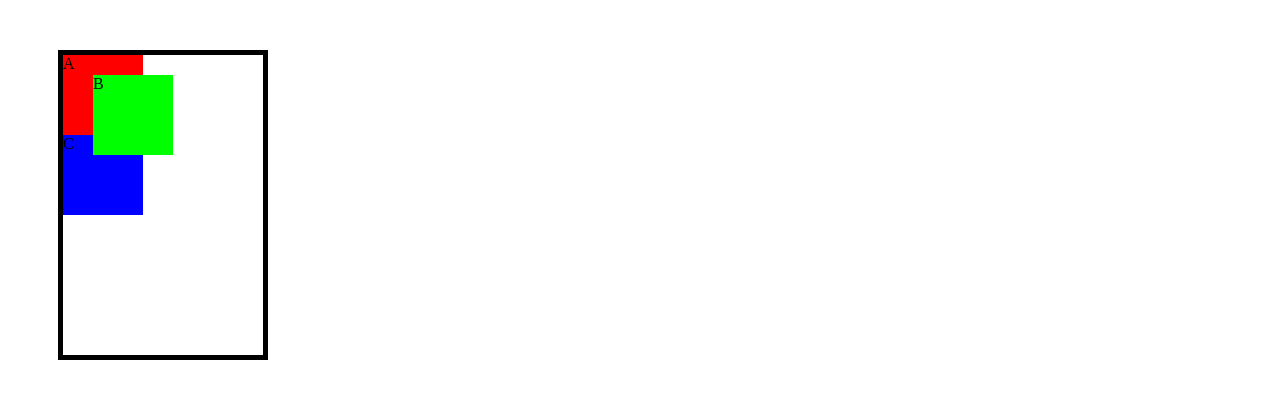
Repository: dudadab/Hhyundaiezwel_Academy
Page: CSS01/src/main/webapp/11_position.html
These files come from the project's save history. The page is drawn as it stood at one moment and after the next save; the edit follows.
The browser window is 1280 px wide. The pictures show the whole page.

Above is the page before, as saved 2025-07-02 01:20:20.

### CSS01/src/main/webapp/11_position.html
<!DOCTYPE html>
<html>
<head>
<meta charset="UTF-8">
<title>Position 속성</title>
    <style type="text/css">
    	#parent {
    		/*position:static; /*static이 기본값이고 상위 태그의 position 속성이 static이면 해당 태그가 기준이 되지 않음*/
    		position:relative;
    		width:200px;
    		height:300px;
    		border:solid 5px #000;
    		margin:50px 0 0 50px;
    	}
		#boxA, #boxB, #boxC {
			width:80px;
			height:80px;
		}
		#boxA {background-color:#ff0000;}
		#boxB {background-color:#00ff00;}
		#boxC {background-color:#0000ff;}

		#boxB{
			/*position:relative; /*static에 해당되는 위치를 기준으로 여백 결정*/
			position:absolute; /*상위 태그의 position 속성값이 static인 경우 : 브라우저 화면 기준*/
			top:20px;
			left:30px;
		}
	</style>
</head>

<body>
	<div id="parent">
        <div id="boxA">A</div>
        <div id="boxB">B</div>
        <div id="boxC">C</div>
	</div>
</body>
</html>

After the next save:
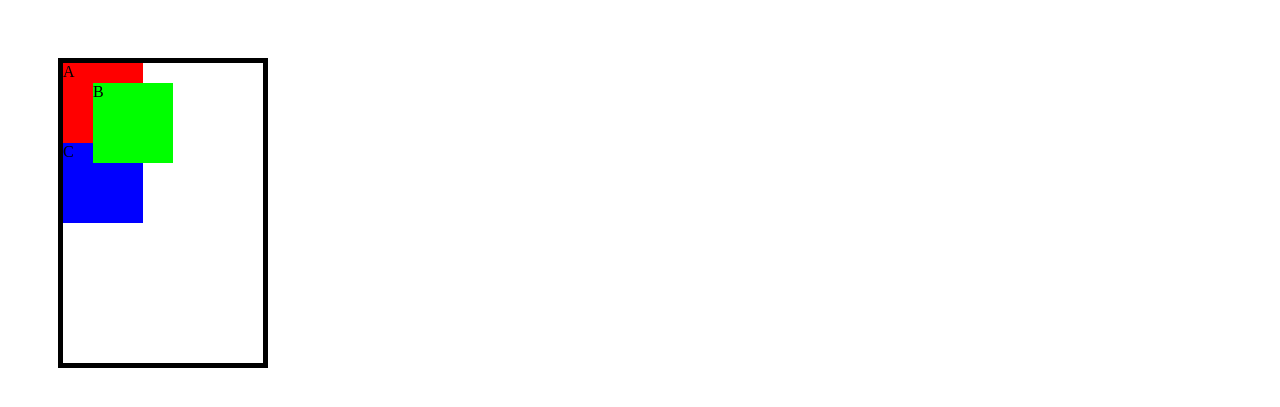
Saved 3 min 12 s later.
--- a/CSS01/src/main/webapp/11_position.html
+++ b/CSS01/src/main/webapp/11_position.html
@@ -6,7 +6,7 @@
     <style type="text/css">
     	#parent {
     		/*position:static; /*static이 기본값이고 상위 태그의 position 속성이 static이면 해당 태그가 기준이 되지 않음*/
-    		position:relative;
+    		position:absolute;
     		width:200px;
     		height:300px;
     		border:solid 5px #000;
@@ -22,7 +22,8 @@
 
 		#boxB{
 			/*position:relative; /*static에 해당되는 위치를 기준으로 여백 결정*/
-			position:absolute; /*상위 태그의 position 속성값이 static인 경우 : 브라우저 화면 기준*/
+			position:absolute; /*상위 태그의 position 속성값이 static인 경우 : 브라우저 화면 기준
+								 상위 태그의 position 속성값을 relative로 위치 지정 : 상위 태그가 기준, 여기선 parent가 기준*/
 			top:20px;
 			left:30px;
 		}
